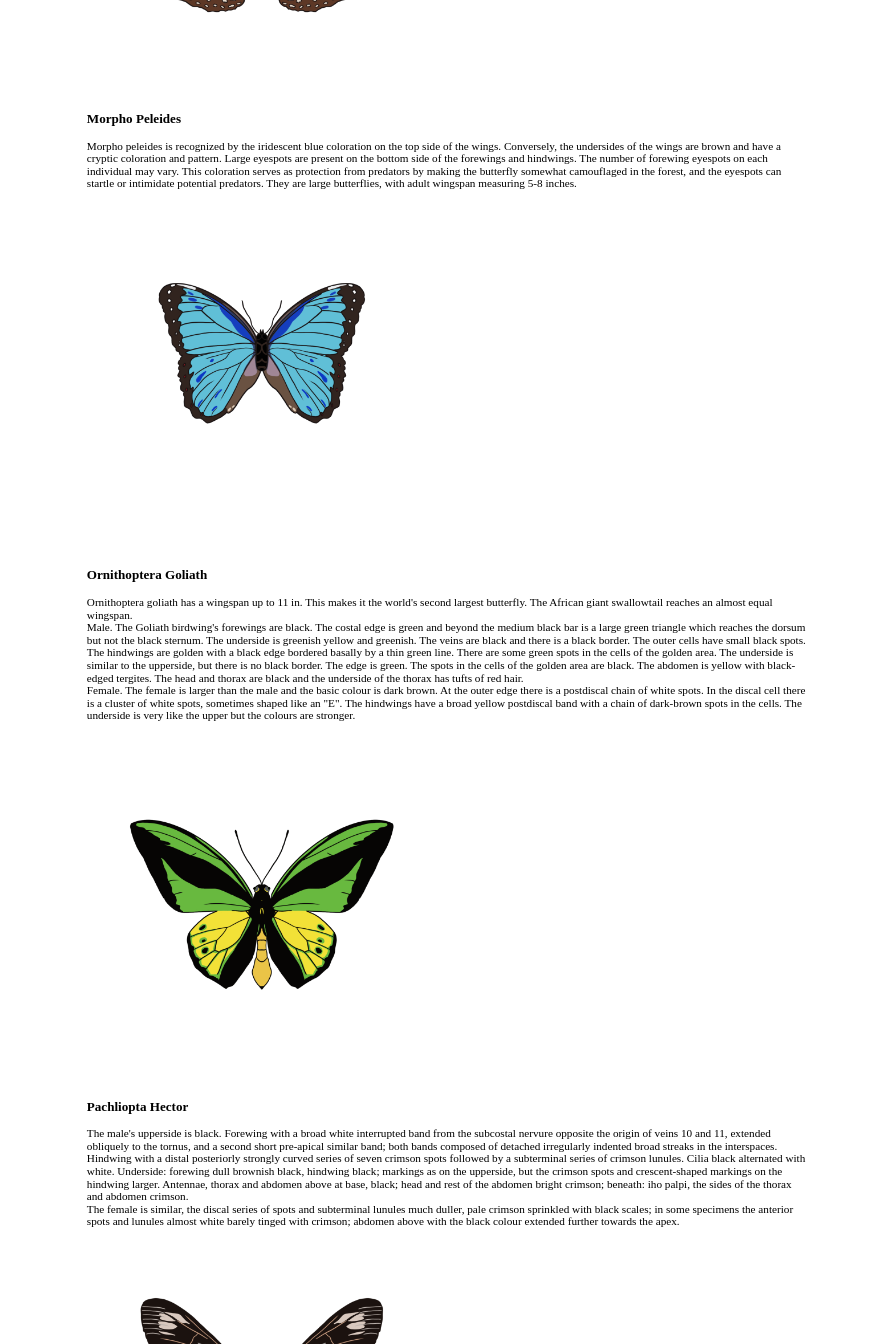
Repository: MeowCeline00/assessment-2
Page: /
The author's editor kept a copy of each file at every save. The page is drawn from the files as they stood at one save, then again after the next save.
The browser window is 1280 px wide. The pictures show the part of the page from y = 2041 to 3961 px (the page is 5878 px tall), at 70% of full size.
The project was rebuilt for these pictures with package versions that can differ from the ones it lists, and the page was loaded fresh each time. The framework's server and built-in components were replaced by stand-ins that run in the browser. Also part of the build but not shown: next.config.mjs.

Above is the page before, as saved 2024-02-07 23:30:25.

### pages/index.js
import Head from "next/head";
import { useState } from "react";
import styles from "@/styles/Home.module.css";
import Header from "@/Components/Header";
import Footer from "@/Components/Footer";
import Contents from "@/Components/Contents";


export default function Home() {

  // Butterfly Patterns
  const classFilters = {
    //key : value
    1: 'Agrias Aedon Hewitson',
    2: 'Danaus Plexippus',
    4: 'Morpho Peleides',
    8: 'Ornithoptera Goliath',
    16: 'Pachliopta Hector',
    32: 'Parides Agavus',
    64: 'Trogonoptera Trojana'
  }

  const [input, setInput] = useState();
                                    // 3
                                    // 2 & 2 Remainder 1
                                    // 1 & 1 Remainder 0
                                    // 9
                                    // 8 & 8 Remainder 1
                                    // 1 & 1 Remainder 0
  const getClassStyle = flagValue => (input & flagValue) > 0 ? {backgroundColor: 'yellow'} : null;

  return (
    <>
      <Head>
        <title>General View of Butterfly Wing Patterns</title>
        <meta name="description" content="General View of Butterfly Wing Patterns" />
        <meta name="viewport" content="width=device-width, initial-scale=1" />
        <link rel="icon" href="/butt_favicon.ico" />
      </Head>
      <Header />
      <main className={`${styles.main}`}>
       <input
       id="input"
       type="text"
       placeholder='Bitmask Decimal'
       value={input}
       onChange={event => setInput(event.target.value)}
       />
       <table>
        <tbody>
          {
            Object.keys(classFilters).map(item => (
              <tr key={item} style={getClassStyle(item)}>
                <td>{item}</td>
                <td>{classFilters[item]}</td>
              </tr>
            ))
          }
        </tbody>
       </table>
       <Contents />
      </main>
      <Footer />
    </>
  );
}

### styles/globals.css
:root {
    --h1: rgb(15, 64, 162);
    --h2: rgb(203, 165, 27);
    --header-background: #d1d1d1;

}

### styles/Home.module.css
.main {
  display: flex;
  flex-direction: column;
  justify-content: space-between;
  align-items: center;
  padding: 6rem;
  min-height: 20vh;
}

### Components/Header/index.js
import Image from 'next/image';
import styles from './Header.module.css';

export default function Header() {
    return (
        <header className={styles.header}>
            <div className={styles.titleArea}>
                <h1> Colorful Butterflies</h1>
                <h2> A General Peek at Butterfly Wing Patterns</h2>
            </div>
            <div className={styles.logoArea}>
                <img src={"/logo.png"} alt="Butterfly Logo" width={350} />
            </div>
        </header>
    );
}

### Components/Footer/index.js
import styles from './Footer.module.css'


export default function Footer() {

    return(
        <footer className={styles.footer}>
            © Created by Congling
        </footer>
    )
}

### Components/Contents/index.js
import Image from 'next/image';
import styles from './Contents.module.css';

export default function Contents() {
    return (
        <contents className={styles.contents}>
            <div className={styles.projectDescription}>
            <h1>About</h1>
            <p>This project is my personal project, trying to explore different patterns for the wings of butterflies.
                On this occasion, I tried to draw several variety of Butterflies as referred to the original breed, including
               Agrias Aedon Hewitson, Danaus Plexippus, Morpho Peleides, Ornithoptera Goliath, Pachliopta Hector, Parides Agavus,
               and Trogonoptera Trojana.
            </p>
            </div>
            <div className={styles.butterflyPatterns}>
              <div className={styles.buttfly1}>
                <div className={styles.butterflyDes}>
                <h3>Agrias Aedon Hewitson</h3>
                <p>The species of the genus Agrias have, variously, very bright red, orange,
                    iridescent blue and yellow colouration contrasting on the black or bluish background of their upperside wing.
                    The underside wings are patterned. They have a robust appearance - broad thorax and short wide abdomen, allowing fast flight.
                    The wingspan is 70 to 120 mm. Males of all Agrias species have prominent yellow tufts of androconial scales on the hindwings.
                    These disperse pheromones for attracting suitable mates.</p>
                </div>
                <div className={styles.butterfly1Pic}>
                <img src={"/agrias_aedon_hewitson.png"} alt="Agrias Aedon Hewitson" width={500} />
                </div>
                </div>
                <div className={styles.buttfly2}>
                <div className={styles.butterflyDes}>
                <h3>Danaus Plexippus</h3>
                <p>Monarch butterflies are well-known for their appearance.
                Adult monarch butterflies possess two pairs of brilliant orange-red wings,
                featuring black veins and white spots along the edges. The males possess distinguishing
                black dots along the veins of their wings. Their orange color alerts predators to stay away.
                <br />
                As caterpillars, Monarchs are striped with yellow, black and white bands.
                Monarch caterpillars have a set of antennae-like tentacles at each end of their body.
                They reach about two inches in length before metamorphosis. The monarch chrysalis,
                where the caterpillar undergoes metamorphosis into the winged adult butterfly,
                is seafoam green with tiny yellow spots along its edge.</p>
                </div>
                <div className={styles.butterfly2Pic}>
                <img src={"/Danaus_plexippus.png"} alt="Danaus Plexippus" width={500} />
                </div>
                </div>
                <div className={styles.buttfly3}>
                <div className={styles.butterflyDes}>
                <h3>Morpho Peleides</h3>
                <p>Morpho peleides is recognized by the iridescent blue coloration on the top side of the wings.
                    Conversely, the undersides of the wings are brown and have a cryptic coloration and pattern.
                    Large eyespots are present on the bottom side of the forewings and hindwings.
                    The number of forewing eyespots on each individual may vary.
                    This coloration serves as protection from predators by making the butterfly somewhat camouflaged in the forest,
                    and the eyespots can startle or intimidate potential predators.
                    They are large butterflies, with adult wingspan measuring 5-8 inches.</p>
                </div>
                <div className={styles.butterfly3Pic}>
                <img src={"/morpho_peleides.png"} alt="Morpho Peleides" width={500} />
                </div>
                </div>
                <div className={styles.buttfly4}>
                <div className={styles.butterfly4Des}>
                <h3>Ornithoptera Goliath</h3>
                <p>Ornithoptera goliath has a wingspan up to 11 in. This makes it the world's second largest butterfly.
                    The African giant swallowtail reaches an almost equal wingspan.
                    <br />
                    Male. The Goliath birdwing's forewings are black. The costal edge is green and beyond the medium black bar
                    is a large green triangle which reaches the dorsum but not the black sternum. The underside is greenish yellow and greenish.
                    The veins are black and there is a black border. The outer cells have small black spots.
                    The hindwings are golden with a black edge bordered basally by a thin green line.
                    There are some green spots in the cells of the golden area. The underside is similar to the upperside,
                    but there is no black border. The edge is green. The spots in the cells of the golden area are black.
                    The abdomen is yellow with black-edged tergites. The head and thorax are black and the underside of the
                    thorax has tufts of red hair.
                    <br />
                    Female. The female is larger than the male and the basic colour is dark brown.
                    At the outer edge there is a postdiscal chain of white spots. In the discal cell there is a cluster of white spots,
                    sometimes shaped like an "E". The hindwings have a broad yellow postdiscal band with a chain of dark-brown spots in the cells.
                    The underside is very like the upper but the colours are stronger.</p>
                    </div>
                    <div className={styles.butterfly4Pic}>
                <img src={"/ornithoptera_goliath.png"} alt="Ornithoptera Goliath" width={500} />
                </div>
                </div>
                <div className={styles.buttfly5}>
                <div className={styles.butterfly5Des}>
                <h3>Pachliopta Hector</h3>
                <p>The male's upperside is black. Forewing with a broad white interrupted band from the subcostal nervure
                    opposite the origin of veins 10 and 11, extended obliquely to the tornus, and a second short pre-apical similar band;
                    both bands composed of detached irregularly indented broad streaks in the interspaces.
                    Hindwing with a distal posteriorly strongly curved series of seven crimson spots followed by a subterminal series of
                    crimson lunules. Cilia black alternated with white. Underside: forewing dull brownish black, hindwing black;
                    markings as on the upperside, but the crimson spots and crescent-shaped markings on the hindwing larger.
                    Antennae, thorax and abdomen above at base, black; head and rest of the abdomen bright crimson; beneath:
                    iho palpi, the sides of the thorax and abdomen crimson.
                    <br />
                    The female is similar, the discal series of spots and subterminal lunules much duller,
                    pale crimson sprinkled with black scales; in some specimens the anterior spots and lunules almost white barely
                    tinged with crimson; abdomen above with the black colour extended further towards the apex.
                    </p>
                    </div>
                    <div className={styles.butterfly5Pic}>
                <img src={"/pachliopta_hector.png"} alt="Pachliopta Hector" width={500} />
                </div>
                </div>
                <div className={styles.buttfly6}>
                <div className={styles.butterfly6Des}>
                <h3>Parides Agavus</h3>
                <p>The Parides agavus, also known as the Agavus Swallowtail, is a visually striking butterfly that belongs
                    to the Papilionidae family. Its wingspan can range from 3 to 4 inches, showcasing a bold contrast of colors and patterns.
                    The primary coloration of its wings is a deep, glossy black, which serves as a dramatic backdrop for the vibrant
                    red or pink bands that adorn the edges of its hindwings. These vivid markings are complemented by smaller,
                    iridescent blue or green spots that add a touch of shimmer and complexity to its appearance.
                    The butterfly's body is slender and predominantly black, with legs that may have hints of red.
                    Its distinctive tail-like extensions on the hindwings, characteristic of swallowtail butterflies,
                    enhance its elegant silhouette, making the Parides agavus a remarkable specimen in the butterfly world.</p>
                </div>
                <div className={styles.butterfly6Pic}>
                <img src={"/parides_agavus.png"} alt="Parides Agavus" width={500} />
                </div>
                </div>
                <div className={styles.buttfly7}>
                <div className={styles.butterfly7Des}>
                <h3>Trogonoptera Trojana</h3>
                <p>
                    The Trogonoptera trojana, known as the Rajah Brooke's Birdwing, is an exquisite and large butterfly,
                    hailing from the Birdwing genus that captivates with its sheer size and stunning coloration.
                    Typically, the wingspan of this magnificent creature can stretch up to about 7 inches,
                    making it one of the larger species within the butterfly realm. The male of the species boasts a velvety black color
                    on the upper side of its wings, dramatically offset by an electric green or turquoise hue that forms broad,
                    iridescent bands across the forewings and a series of smaller, similarly colored streaks on the hindwings.
                    This contrast is not only striking but serves as a natural spectacle in the wild. The female, while larger,
                    tends to have a more subdued color palette, with wings that are predominantly brown or black,
                    accented with white or cream-colored spots. The Trogonoptera trojana's body is slender,
                    with the thorax and abdomen often matching the dark hue of the wings, creating a cohesive and sleek appearance.
                    The elegant, yet powerful flight of this butterfly, coupled with its vivid coloration,
                    makes it a breathtaking sight in its natural rainforest habitats</p>
                    </div>
                    <div className={styles.butterfly7Pic}>
                <img src={"/trogonoptera_trojana.png"} alt="Trogonoptera Trojana" width={500} />
                </div>
                </div>
            </div>
        </contents>
    );
}

### Components/Header/Header.module.css
.header {
    display: flex;
    justify-content: space-between;
    align-items: center;
    padding: 20px;
    background-color: var(--header-background);
}

.titleArea {
    display: flex;
    flex-direction: column;
    padding-left: 20%;
}

.titleArea h1 {
    color: var(--h1);
    font-size: xx-large;
    font-family: Impact, Haettenschweiler, 'Arial Narrow Bold', sans-serif;
}

.titleArea h2 {
    color: var(--h2);
    font-family: 'Franklin Gothic Medium', 'Arial Narrow', Arial, sans-serif;
}

.logoArea {
  display: flex;
  padding-right: 20%;
}

### Components/Footer/Footer.module.css
.footer{
    text-align: center;
    font-weight: bold;
    font-family: Georgia, 'Times New Roman', Times, serif;
    font-size: larger;
    background-color: var(--header-background);
    color: var(--h1);
}

### Components/Contents/Contents.module.css
.contents {
    display: flex;
    flex-direction: column;
    margin: 20px;
}

.projectDescription {
    margin-bottom: 20px;
}

.butterflyPatterns {
    display: flex;
    flex-direction: column;
}

.butterflyPattern {
    display: flex;
    justify-content: space-between;
    align-items: center;
    margin-bottom: 20px;
}

.butterflyDes {
    flex: 1; /* Assigns 50% of the space to the description */
    padding-right: 20px; /* Adds some space between the text and the image */
}

.butterflyPic {
    flex: 1; /* Assigns 50% of the space to the picture */
    display: flex;
    justify-content: flex-start; /* Aligns the image to the start of the flex item */
}

.butterflyPic img {
    width: 100%; /* Full width of the flex item */
    height: auto; /* Keeps the aspect ratio of the image */
}

Loaded but not shown: pages/_app.js (common file); pages/_document.js (common file)

After the next save:
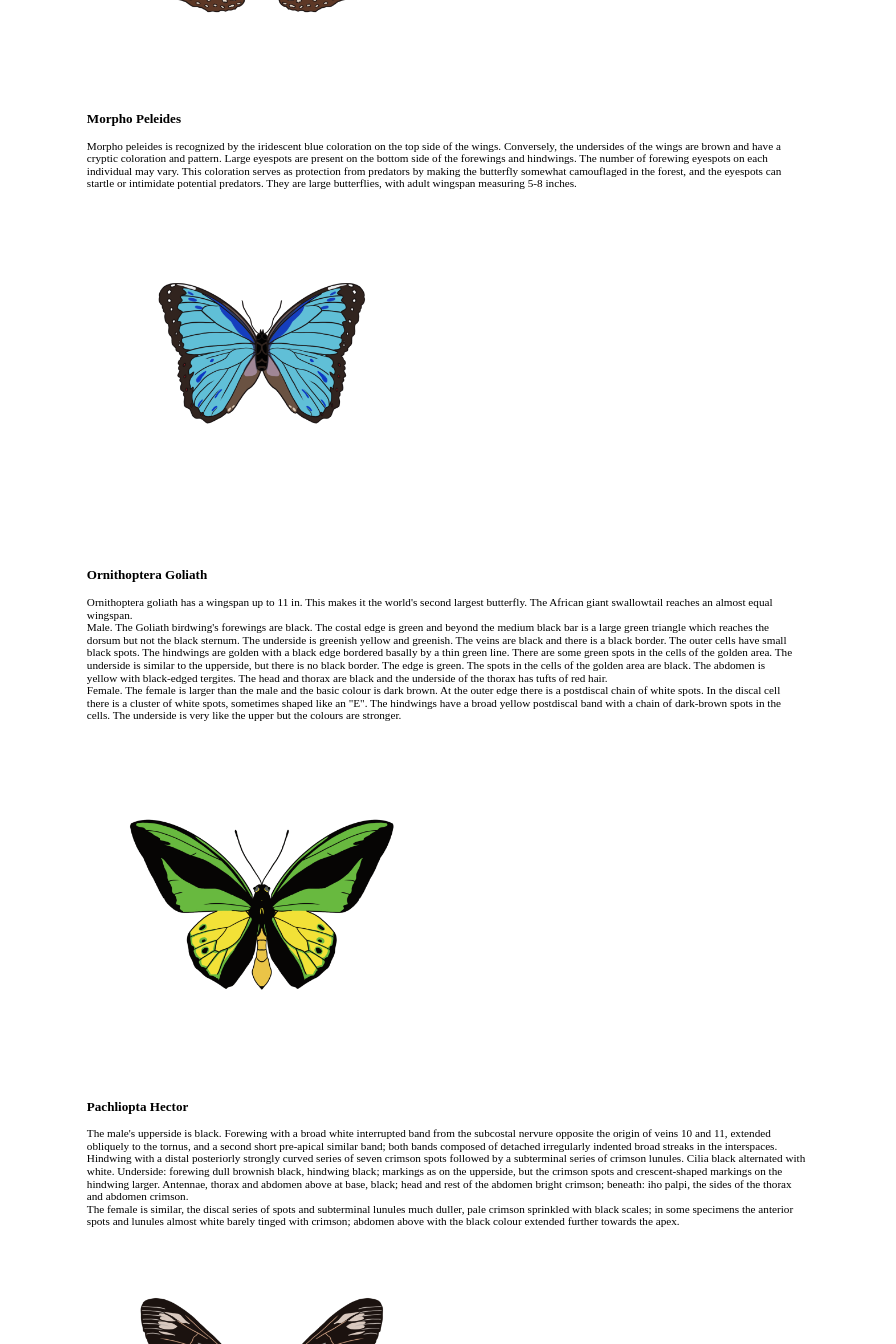
Saved 6 s later.
--- a/Components/Contents/index.js
+++ b/Components/Contents/index.js
@@ -60,7 +60,7 @@ export default function Contents() {
                 </div>
                 </div>
                 <div className={styles.buttfly4}>
-                <div className={styles.butterfly4Des}>
+                <div className={styles.butterflyDes}>
                 <h3>Ornithoptera Goliath</h3>
                 <p>Ornithoptera goliath has a wingspan up to 11 in. This makes it the world's second largest butterfly.
                     The African giant swallowtail reaches an almost equal wingspan.
